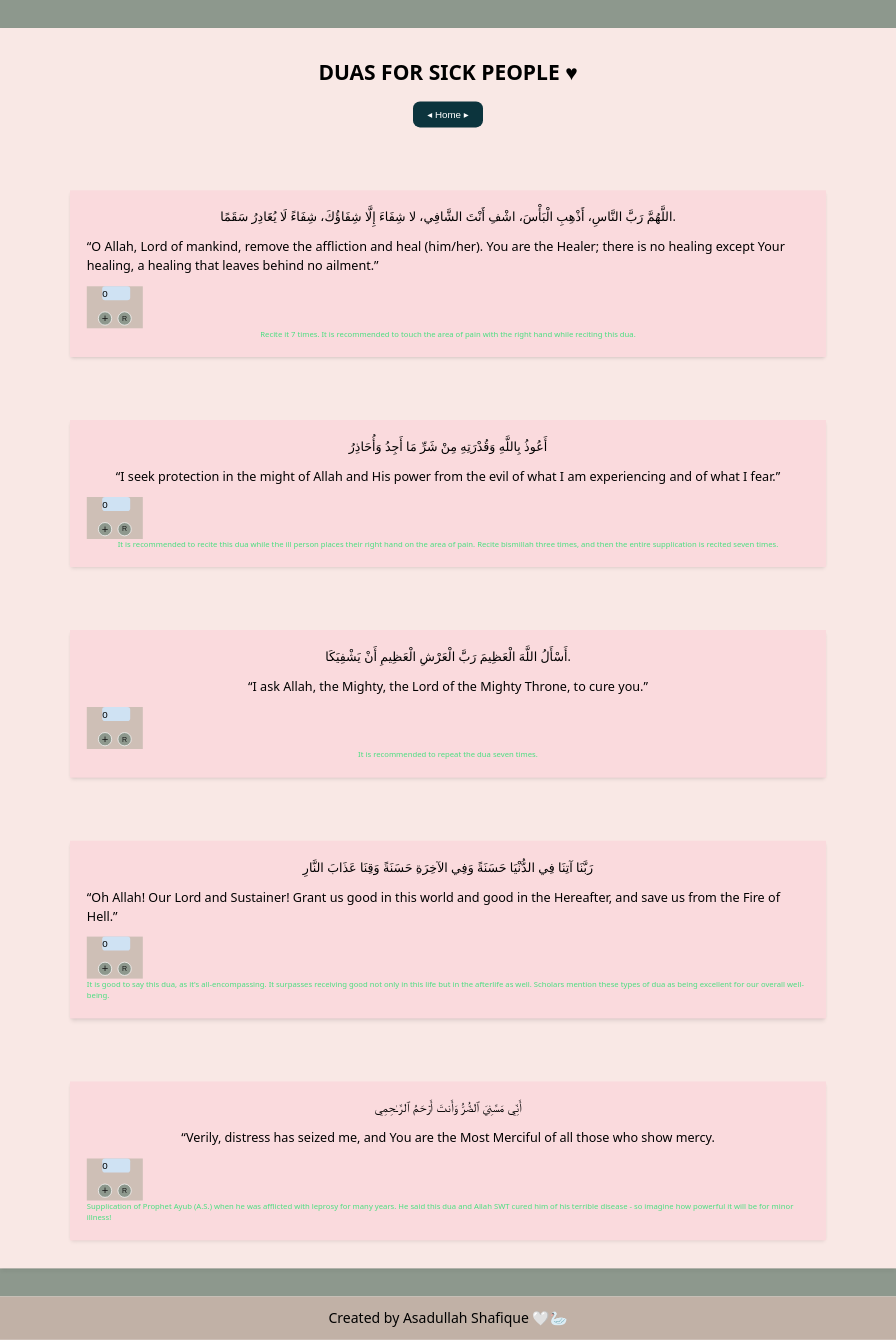
Repository: asadullah48/Duas_Diary
Page: /sick
The author's editor kept a copy of each file at every save. The page is drawn from the files as they stood at one save, then again after the next save.
The browser window is 1280 px wide. The pictures show the whole page, at 70% of full size.
The project was rebuilt for these pictures with package versions that can differ from the ones it lists, and the page was loaded fresh each time. The framework's server and built-in components were replaced by stand-ins that run in the browser. Also part of the build but not shown: next.config.ts.

Above is the page before, as saved 2024-11-30 10:05:08.

### src/app/layout.tsx
import type { Metadata } from "next";
import localFont from "next/font/local";
import "./globals.css";
import Footer from "../components/footer";

const geistSans = localFont({
  src: "./fonts/GeistVF.woff",
  variable: "--font-geist-sans",
  weight: "100 900",
});
const geistMono = localFont({
  src: "./fonts/GeistMonoVF.woff",
  variable: "--font-geist-mono",
  weight: "100 900",
});

export const metadata: Metadata = {
  title: "Create Next App",
  description: "Generated by create next app",
};

export default function RootLayout({
  children,
}: Readonly<{
  children: React.ReactNode;
}>) {
  return (
    <html lang="en">
      <body
        className={`${geistSans.variable} ${geistMono.variable} antialiased`}
      >
        {children}
        <Footer/>
      </body>
    </html>
  );
}

### src/app/sick/page.tsx
import Link from "next/link";
import LightPinkSection from "@/components/props";
import Button from "@/components/button";

export default function Sick() {
  return (
    <div className="w-full h-auto bg-[#8D988D] flex justify-center items-center py-10">
      <div className="w-[95%] lg:w-[1300px] h-auto bg-[#F9E8E5] p-5 lg:p-10 rounded-md shadow-md">
        <div className="font-sans font-bold text-[24px] lg:text-[30px] text-black text-center mb-5">
          DUAS FOR SICK PEOPLE ♥
        </div>
        <Link href="/">
          <button className="bg-[#0c343d] text-white text-[12px] lg:text-[14px] mt-3 mb-5 mx-auto block rounded-[10px] px-5 py-2">
            ◂ Home ▸
          </button>
        </Link>

        {/* Dua Sections */}
        <LightPinkSection
          paragraph="اللَّهُمَّ رَبَّ النَّاسِ، أَذْهِبِ الْبَأْسَ، اشْفِ أَنْتَ الشَّافِي، لا شِفَاءَ إِلَّا شِفَاؤُكَ، شِفَاءً لَا يُغَادِرُ سَقَمًا."
          paragraph2="“O Allah, Lord of mankind, remove the affliction and heal (him/her). You are the Healer; there is no healing except Your healing, a healing that leaves behind no ailment.”"
          buttonText={<Button />}
          note="Recite it 7 times. It is recommended to touch the area of pain with the right hand while reciting this dua."
        />
        <LightPinkSection
          paragraph="أَعُوذُ بِاللَّهِ وَقُدْرَتِهِ مِنْ شَرِّ مَا أَجِدُ وَأُحَاذِرُ"
          paragraph2="“I seek protection in the might of Allah and His power from the evil of what I am experiencing and of what I fear.”"
          buttonText={<Button />}
          note="It is recommended to recite this dua while the ill person places their right hand on the area of pain. Recite bismillah three times, and then the entire supplication is recited seven times."
        />
        <LightPinkSection
          paragraph="أَسْأَلُ اللَّهَ الْعَظِيمَ رَبَّ الْعَرْشِ الْعَظِيمِ أَنْ يَشْفِيَكَا."
          paragraph2="“I ask Allah, the Mighty, the Lord of the Mighty Throne, to cure you.”"
          buttonText={<Button />}
          note="It is recommended to repeat the dua seven times."
        />
        <LightPinkSection
          paragraph="رَبَّنَا آتِنَا فِي الدُّنْيَا حَسَنَةً وَفِي الآخِرَةِ حَسَنَةً وَقِنَا عَذَابَ النَّارِ"
          paragraph2="“Oh Allah! Our Lord and Sustainer! Grant us good in this world and good in the Hereafter, and save us from the Fire of Hell.”"
          buttonText={<Button />}
          note="It is good to say this dua, as it's all-encompassing. It surpasses receiving good not only in this life but in the afterlife as well. Scholars mention these types of dua as being excellent for our overall well-being."
        />
        <LightPinkSection
          paragraph="أَنِّي مَسَّنِيَ ٱلضُّرُّ وَأَنتَ أَرۡحَمُ ٱلرَّـٰحِمِي"
          paragraph2="“Verily, distress has seized me, and You are the Most Merciful of all those who show mercy."
          buttonText={<Button />}
          note="Supplication of Prophet Ayub (A.S.) when he was afflicted with leprosy for many years. He said this dua and Allah SWT cured him of his terrible disease - so imagine how powerful it will be for minor illness!"
        />
      </div>
    </div>
  );
}

### src/components/footer.tsx
// components/Footer.tsx
export default function Footer() {
    return (
      <footer className="w-full bg-[#C1B1A6] py-4">
        <div className="text-center text-black font-sans text-[16px] sm:text-[18px] lg:text-[20px]">
          Created by Asadullah Shafique 🤍🦢
        </div>
      </footer>
    );
  }

### src/components/props.tsx
import { ReactNode } from "react";

type SectionProps = {
  paragraph: string;
  buttonText: ReactNode;
  paragraph2: string;
  note: string; // Allows JSX elements, strings, or components
};

export default function LightPinkSection({
  paragraph,
  buttonText,
  paragraph2,
  note,
}: SectionProps) {
  return (
    <div className="w-[90%] bg-[#FADADD] p-6 rounded-lg mx-auto shadow-md mt-[90px]">
      <p className="text-black text-[18px] font-sans mb-4 flex justify-center">
        {paragraph}
      </p>
      <p className="text-black text-[18px] font-sans mb-4 flex justify-center">
        {paragraph2}
      </p>
      <div>{buttonText}</div>
      <p className="text-green-400 text-[11px] font-sans flex justify-center">
        {note}
      </p>
    </div>
  );
}

### src/components/button.tsx
"use client";

import { useState } from "react";

export default function Button() {
  // hook, event ke against ui ko update krna
  let [count, setcount] = useState(0); //returns array ik element hota hai jese yaha pr 0 hai  ik function aur jo function hota hai woh humari value hoti h
  console.log(count);

  const handleClick = () => {
    setcount(count + 1); //re-renders new value
  };

  const handleReset = () => {
    setcount(0); // reset back to 0
  };

  return (
    <div className="bg-[#CEBFB6] w-[80px] h-[60px] flex flex-col items-center justify-between">
      <p className="text-black w-[40px] flex text-sm bg-[#cfe2f3] rounded ml-1">
        {count}
      </p>

      <div className="flex space-x-2 mt-2">
        <button
          onClick={handleClick}
          className="bg-[#8D988D] w-[20px] h-[20px] px-1 py-1 rounded-full border mt-1 mb-1 border-white flex items-center justify-center text-center"
        >
          +
        </button>

        {/* Reset Button */}
        <button
          onClick={handleReset}
          className="bg-[#8D988D] w-[20px] h-[20px] px-1 py-1 rounded-full border mt-1 mb-1 border-white flex items-center justify-center text-[10px] text-center"
        >
          R
        </button>
      </div>
    </div>
  );
}

Loaded but not shown: src/app/globals.css (common file); tailwind.config.ts (common file)

After the next save:
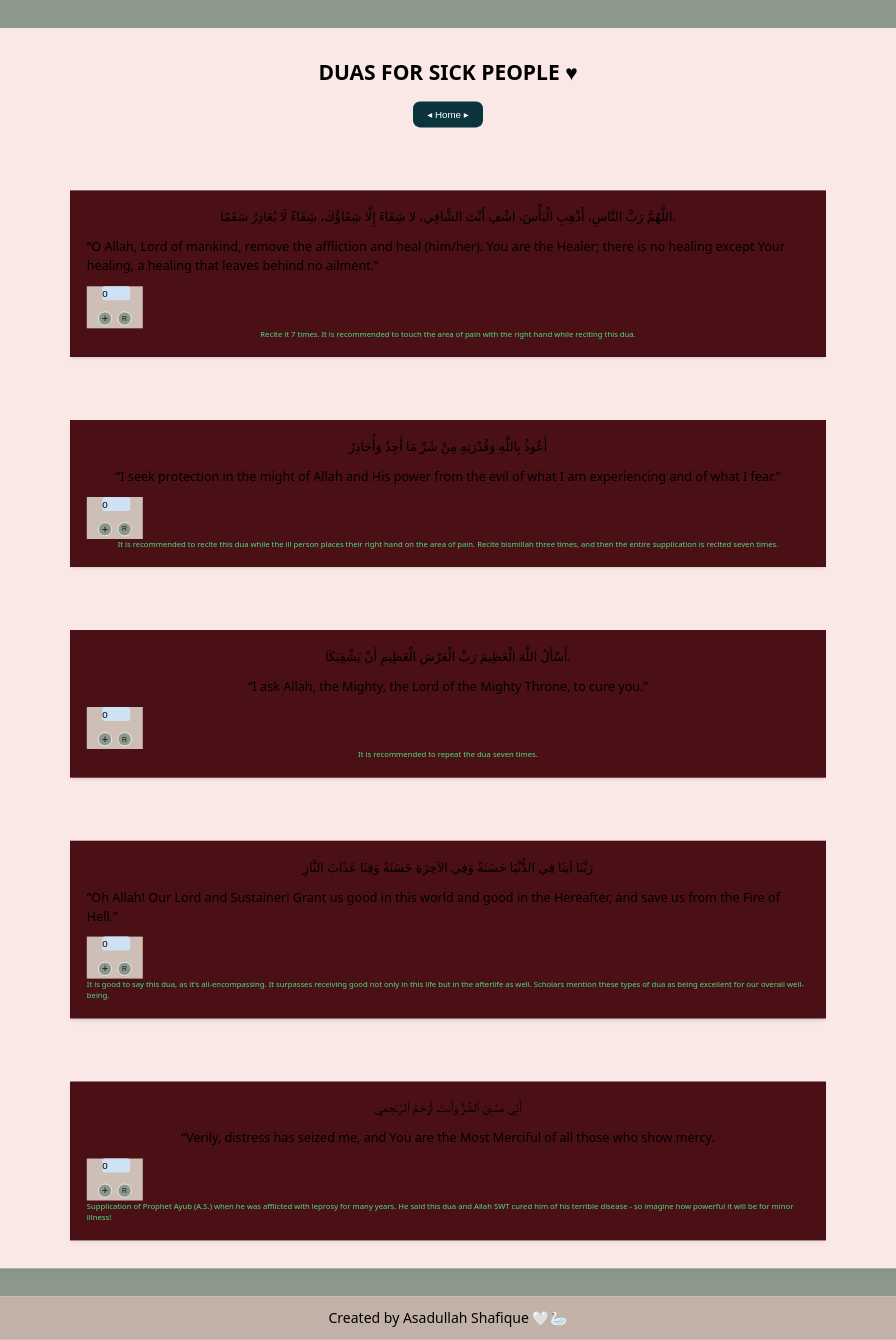
Saved 2 min 22 s later.
--- a/src/components/props.tsx
+++ b/src/components/props.tsx
@@ -14,7 +14,7 @@ export default function LightPinkSection({
   note,
 }: SectionProps) {
   return (
-    <div className="w-[90%] bg-[#FADADD] p-6 rounded-lg mx-auto shadow-md mt-[90px]">
+    <div className="w-[90%] bg-[#4b1016] p-6 rounded-lg mx-auto shadow-md mt-[90px]">
       <p className="text-black text-[18px] font-sans mb-4 flex justify-center">
         {paragraph}
       </p>
